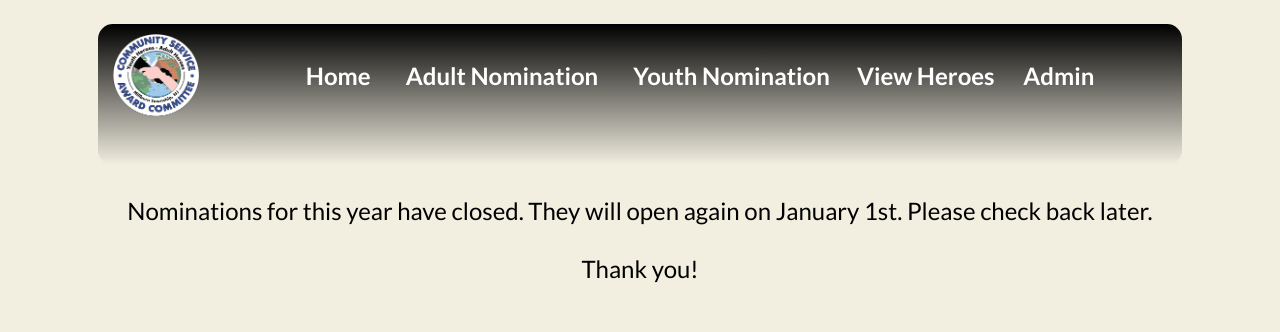
Repository: Centrattic/Young-Heroes-Website
Page: http://localhost/Frontend/adultnomination.php
The author's editor kept a copy of each file at every save. The page is drawn from the files as they stood at one save, then again after a run of saves.
The browser window is 1280 px wide. The pictures show the whole page.
The page is run by PHP 8.4 with error messages shown; the project is at /var/www/html/. Queries for data that is not in the repository find no rows.

Above is the page before, as saved 2020-12-09 22:52:28.

After the next 2 saves:
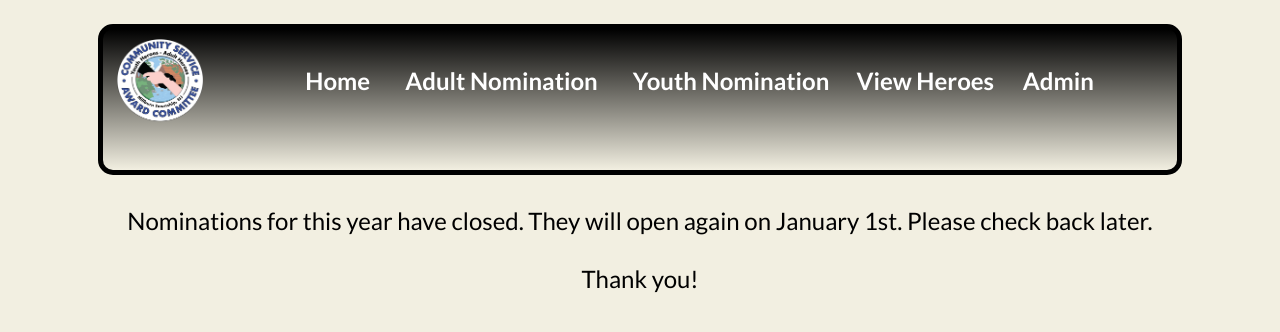
The 2 saves are shown as one change because they came seconds apart.
The last was saved 15 h 8 min later.
--- a/Eagle Project/CSS/navbar.css
+++ b/Eagle Project/CSS/navbar.css
@@ -37,6 +37,7 @@ body {
     background-image: linear-gradient(black, #F2EFE1);
     overflow: hidden;
     border-radius: 15px;
+    border: 5px solid black;
 }
 
 .menu-area .non-dropdown:hover{
